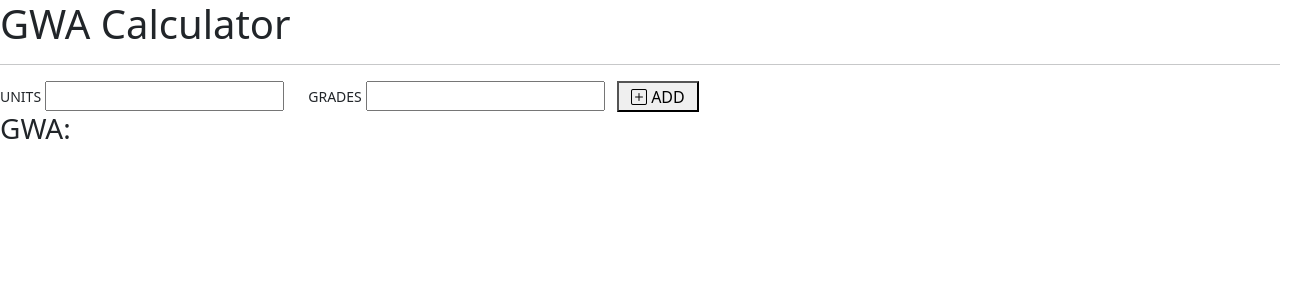
Repository: yonora/GWACalculator
Page: index.html
These files come from the project's save history. The page is drawn as it stood at one moment and after the next save; the edit follows.
The browser window is 1280 px wide. The page is 1292 px wide, then 1280 px, so the pictures cover 1292 px, including what lies to the right of the window. The pictures show the whole page.

Above is the page before, as saved 2025-01-04 22:10:56.

### index.html
<!DOCTYPE html>
<html lang="en">
<head>
    <meta charset="UTF-8">
    <meta name="viewport" content="width=device-width, initial-scale=1.0">
    <link rel="stylesheet" href="https://cdn.jsdelivr.net/npm/bootstrap@5.3.3/dist/css/bootstrap.min.css">
    <link rel="stylesheet" href="https://cdn.jsdelivr.net/npm/bootstrap-icons@1.11.3/font/bootstrap-icons.min.css">
    <script src="js.js"></script>
    <title>GWA Calculator</title>
</head>
<body>
    <h1>GWA Calculator</h1>
    <hr>
    <div class="row" id="container">
        <div class="row" id="grade-container">
            <div class="col-auto">
                <label for="units" class="col-form-label-sm">UNITS</label>
                <input type="number" class="col-form-control" id="units">
            </div>
            <div class="col-auto">
                <label for="grades" class="col-form-label-sm">GRADES</label>
                <input type="text" class="col-form-control" id="grades">
            </div>
            <button class="col-auto add" onclick="add()"><i class="bi bi-plus-square"></i> ADD</button>
        </div>
    </div>
    <h3>GWA: <span id="gwa"></span></h3>
</body>
</html>

### js.js
function add(){
    const gwa = document.getElementById('grade-container');
    gwa.innerHTML = "Hello World";
}

function compute(){
    const gwa = document.getElementById('gwa');
    gwa.innerHTML = "Hello World";
}

After the next save:
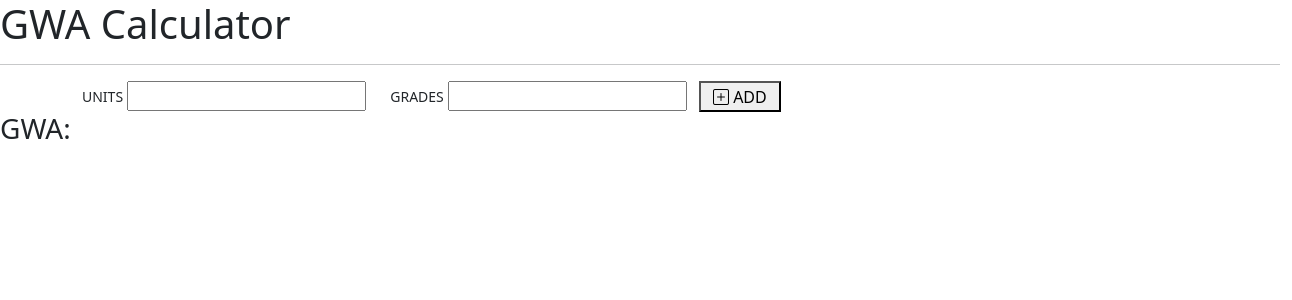
Saved 8 s later.
--- a/index.html
+++ b/index.html
@@ -11,7 +11,7 @@
 <body>
     <h1>GWA Calculator</h1>
     <hr>
-    <div class="row" id="container">
+    <div class="container" id="container">
         <div class="row" id="grade-container">
             <div class="col-auto">
                 <label for="units" class="col-form-label-sm">UNITS</label>
